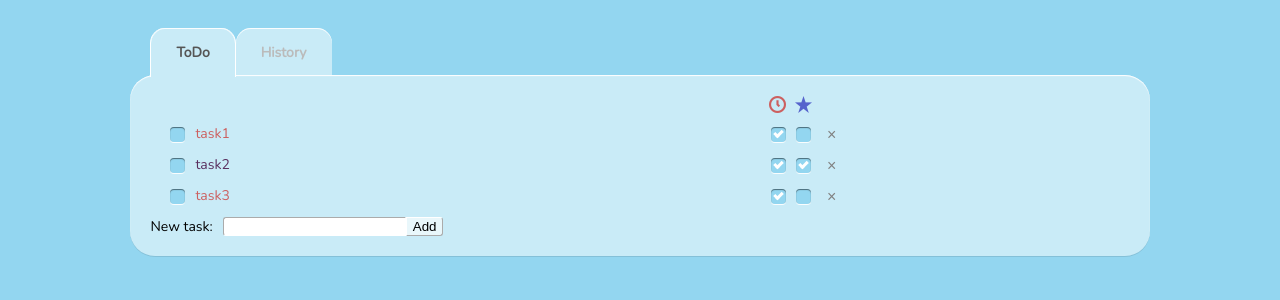
Repository: naurlaunim/toDoList
Page: /
An editor plug-in stored every save of this project. The page is shown before and after the next save, followed by the edit.
The browser window is 1280 px wide. The pictures show the whole page.
Some web fonts or font styles are not loaded; a fallback is used. The project was rebuilt for these pictures with package versions that can differ from the ones it lists, and the page was loaded fresh each time. Also part of the build but not shown: webpack.config.js.

Above is the page before, as saved 2018-03-01 19:57:29.

After the next save:
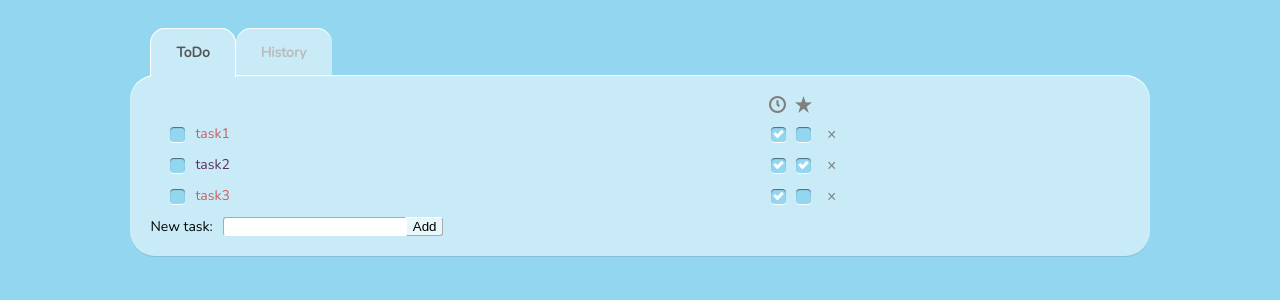
Saved 37 s later.
--- a/src/scss/style.scss
+++ b/src/scss/style.scss
@@ -147,10 +147,10 @@
 	display: inline-block;
 }
 
-// .oi {
-// 	//color: gray;
-// 	cursor: pointer;
-// }
+.oi {
+	color: gray;
+	cursor: pointer;
+}
 .done {
 	padding-right: 10px;
 }

After the save that followed:
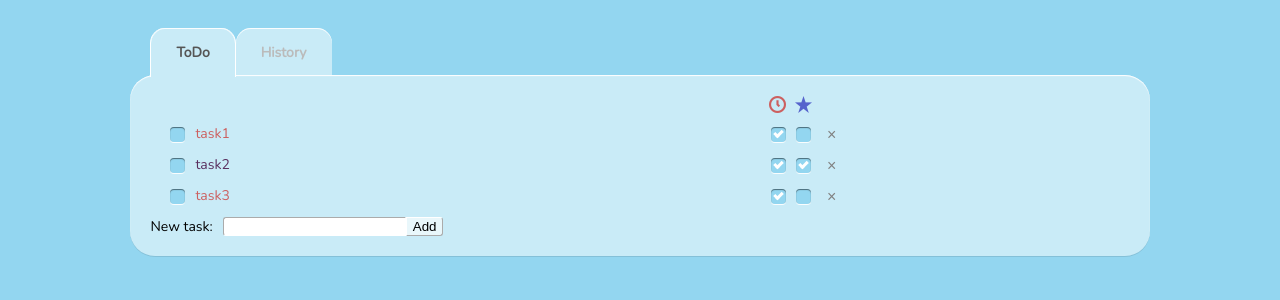
Saved 16 s later.
--- a/src/scss/style.scss
+++ b/src/scss/style.scss
@@ -148,10 +148,11 @@
 }
 
 .oi {
+	// color: gray;
+	cursor: pointer;
+}
+.done {
 	color: gray;
-	cursor: pointer;
-}
-.done {
 	padding-right: 10px;
 }
 
